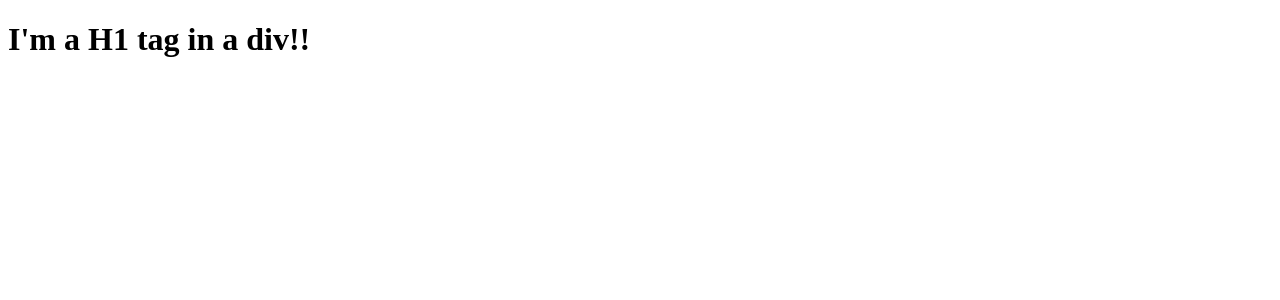
Repository: SrijanaGupta/lets-react
Page: index.html
These files come from the project's save history. The page is drawn as it stood at one moment and after a run of saves; the edit follows.
The browser window is 1280 px wide. The pictures show the whole page.

Above is the page before, as saved 2024-07-04 21:09:27.

After the next 4 saves:
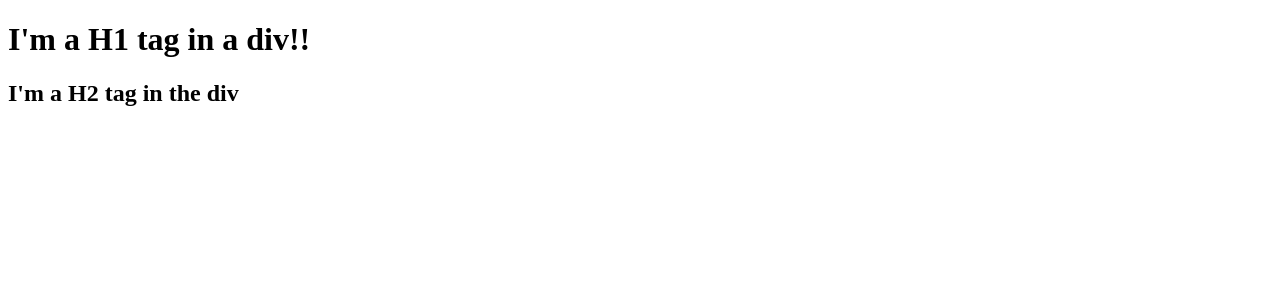
The 4 saves are shown as one change because they came seconds apart.
The last was saved 14 s later.
--- a/App.js
+++ b/App.js
@@ -2,7 +2,7 @@
 const parent = React.createElement('div', {id:'parent'},
     React.createElement('div', {id:'child'}, [
         React.createElement('h1',{}, "I'm a H1 tag in a div!!"),
-        React.createElement('h2',{},)
+        React.createElement('h2',{},"I'm a H2 tag in the div")
     ]
     ))
 
